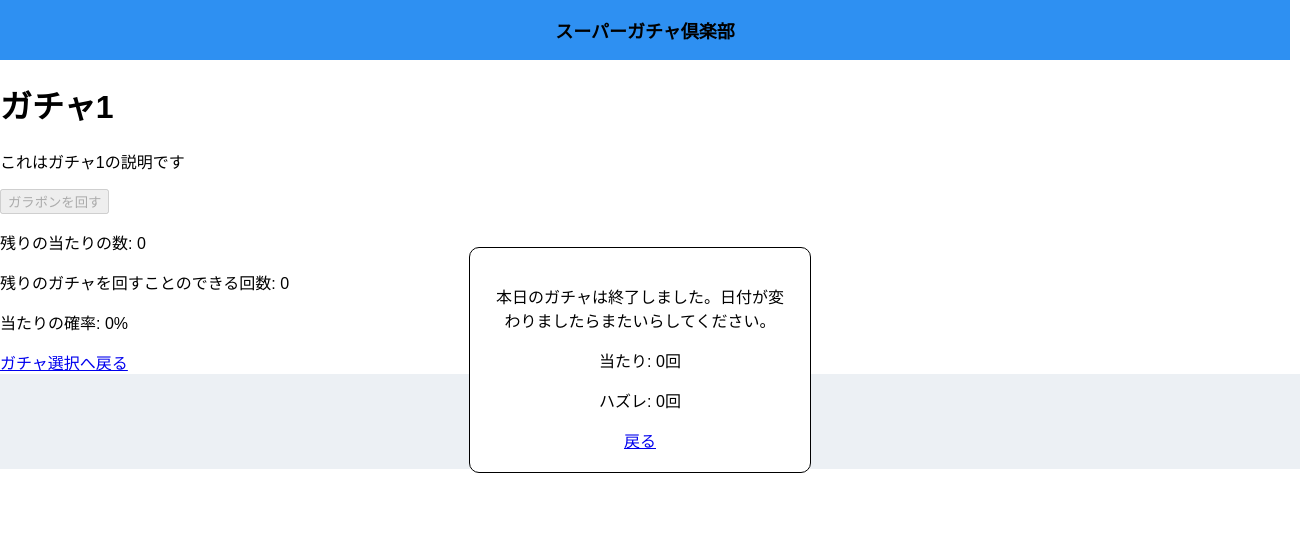
Repository: kskw0000/gggacha
Page: /gacha/1 (app in fronted/)
The author's editor kept a copy of each file at every save. The page is drawn from the files as they stood at one save, then again after the next save.
The browser window is 1280 px wide. The page is 1300 px wide, so the pictures cover 1300 px, including what lies to the right of the window. The pictures show the whole page.
The page's requests for data from a server got no answer. The project was rebuilt for these pictures with package versions that can differ from the ones it lists, and the page was loaded fresh each time. No one was signed in, and anything a server would have sent is missing. Also part of the build but not shown: fronted/src/components/pages/Admin.js, fronted/src/components/css/WinnerPage.css, fronted/src/components/pages/WinnerPage.js.

Above is the page before, as saved 2023-07-01 14:54:39.

### fronted/src/App.js
import React from 'react';
import './App.css';
import { BrowserRouter as Router, Route, Routes } from "react-router-dom";
import Header from './components/parts/Header';
import Footer from './components/parts/Footer';
import Gacha from './components/pages/Gacha';
import WinnerPage from './components/pages/WinnerPage';
import Admin from './components/pages/Admin';
import { Link } from "react-router-dom";

const GachaCard = ({ title, id }) => (
  <Link to={`/gacha/${id}`}>
    <div className="gacha-card">
      <h2>{title}</h2>
      {/* ここにガチャの画像などを追加することもできます */}
    </div>
  </Link>
);

const GachaRow = ({ title, gachas }) => (
  <div className="gacha-row">
    <h1>{title}</h1>
    <div className="gacha-row-content">
      {gachas.map((gacha, index) => (
        <GachaCard key={index} title={gacha.title} id={gacha.id} />
      ))}
    </div>
  </div>
);


function App() {
  // ここは後でAPIから取得するように変更する予定です
  const gachaData = [
    {
      rowTitle: '人気のガチャ',
      gachas: [
        { id: 1, title: 'ガチャ1' },
        { id: 2, title: 'ガチャ2' },
        // 必要なだけガチャを追加
      ],
    },
    {
      rowTitle: '新着のガチャ',
      gachas: [
        { id: 3, title: 'ガチャ3' },
        { id: 4, title: 'ガチャ4' },
        // 必要なだけガチャを追加
      ],
    },
  ];

  return (
    <Router>
      <div className="App">
        <Header />
        <Routes>
          <Route path="/" element={
            <>
              {gachaData.map((row, index) => (
                <GachaRow key={index} title={row.rowTitle} gachas={row.gachas} />
              ))}
            </>
          } />
          <Route path="/gacha/:id" element={<Gacha />} />
          <Route path="/winner" element={<WinnerPage />} />
          <Route path="/admin" element={<Admin />} />
        </Routes>
        <Footer />
      </div>
    </Router>
  );
}

export default App;

### fronted/src/App.css
.App {
  font-family: Arial, sans-serif;
  padding-top: 60px;
}



.gacha-row {
  margin-bottom: 20px;
}

.gacha-row-content {
  display: flex;
  overflow-x: scroll;
  gap: 10px;
  padding-bottom: 10px;
}

.gacha-card {
  transition: 0.3s;
  /* 他のスタイル属性をここに追加 */
  min-width: 150px;
  height: 200px;
  background-color: #eee;
  box-shadow: 0 2px 8px rgba(0, 0, 0, 0.1);
  border-radius: 5px;
  padding: 10px;
  display: flex;
  align-items: center;
  justify-content: center;
}

.gacha-card:hover {
  transform: translateY(-40px);
}

 /* ガチャ　アニメーション */
@keyframes spin {
  0% { transform: rotate(0deg); }
  100% { transform: rotate(360deg); }
}

.loading-spinner {
  border: 16px solid #f3f3f3; /* Light grey */
  border-top: 16px solid #3498db; /* Blue */
  border-radius: 50%;
  width: 120px;
  height: 120px;
  animation: spin 2s linear infinite;
}

### fronted/src/components/parts/Header.js
import React from 'react';
import '../css/Header.css';

const Header = () => {
  return (
    <header className="header">
      {/* ここにロゴやメニューリンクなどを配置します */}
      <h1>スーパーガチャ倶楽部</h1>
    </header>
  );
}

export default Header;

### fronted/src/components/parts/Footer.js
import React from 'react';
import { Link } from 'react-router-dom';
import '../css/Footer.css';
import Admin from "../pages/Admin";

const Footer = () => {
  return (
    <footer className="footer">
      {/* ここに著作権情報やリンクなどを配置します */}
      <p>&copy; 2023 ProReach. All rights reserved.</p>
      <Link to="/admin">
        <button>管理画面へ</button>
      </Link>
    </footer>
  );
}

export default Footer;

### fronted/src/components/pages/Gacha.js
import React from 'react';
import { useParams, Link } from 'react-router-dom';
import GachaMachine from "./GachaMachine";
import Admin from "./Admin";


function Gacha() {
  const { id } = useParams(); // URLパラメータからガチャのIDを取得します

  // これは仮のデータです。後でAPIからデータを取得するように変更する予定です
  const gachaData = {
    title: 'ガチャ' + id,
    description: 'これはガチャ' + id + 'の説明です',
  };

  return (
    <div>
      <h1>{gachaData.title}</h1>
      <p>{gachaData.description}</p>
      <GachaMachine />
    </div>
  );
}

export default Gacha;

### fronted/src/components/css/Header.css
.header {
    position: fixed;
    top: 0;
    height: 50px;
    padding: 5px;
    background-color: #2e90f2;
    text-align: center;
    width: 100%;
    /* 他のスタイル属性をここに追加 */
  }

  .header h1 {
    font-size: 18px;
  }

### fronted/src/components/css/Footer.css
.footer {
    padding: 10px;
    background-color: #ecf0f4;
    text-align: center;
    width: 100%;
    bottom: 0;
    /* 他のスタイル属性をここに追加 */
  }

### fronted/src/components/pages/GachaMachine.js
import React, { useState, useEffect } from 'react';
import { useSpring, animated } from 'react-spring';
import axios from 'axios';
import { Link, useNavigate } from 'react-router-dom';
import '../css/GachaMachine.css';

const GachaMachine = () => {
  const [result, setResult] = useState(null);
  const [loading, setLoading] = useState(false);
  const [availableWins, setAvailableWins] = useState(0);
  const [availableRolls, setAvailableRolls] = useState(0);
  const [winProbability, setWinProbability] = useState(0);  // 当たりの確率
  const navigate = useNavigate();

  const { transform } = useSpring({
    loop: loading,
    from: { transform: 'rotate(0deg)' },
    to: { transform: 'rotate(360deg)' },
    config: { duration: 2000 },
  });

  const fadeIn = useSpring({
    opacity: result ? 1 : 0,
    config: { duration: 1000 },
  });

  const handleGacha = async () => {
    setResult(null);
    setLoading(true);
    try {
      const response = await axios.get('/gacha');
      const { isWin, winCode, availableWins, availableRolls } = response.data;
      setResult(isWin ? "当たり！赤い玉が出ました！" : "ハズレ...白い玉が出ました");
      setAvailableWins(availableWins);
      setAvailableRolls(availableRolls);
      if (isWin) {
        localStorage.setItem('winCode', winCode);
        navigate('/winner');
      }
    } catch (error) {
      console.error('Error during the gacha roll:', error);
      setResult('An error occurred.');
    }
    setLoading(false);
  };

  const getGachaInfo = async () => {
    try {
      const response = await axios.get('/gacha/info');
      const { availableWins, availableRolls, winProbability } = response.data;
      setAvailableWins(availableWins);
      setAvailableRolls(availableRolls);
      setWinProbability(winProbability);  // 当たりの確率を設定
    } catch (error) {
      console.error('Error during the get gacha info:', error);
    }
  };

  useEffect(() => {
    getGachaInfo();
  }, []);

  return (
    <div>
      <button onClick={handleGacha} disabled={loading || availableWins === 0 || availableRolls === 0}>
        {loading ? 'Rolling...' : 'ガラポンを回す'}
      </button>
      <animated.div style={transform}>
        {/* ここにガチャマシンの画像を表示するコード */}
      </animated.div>
      <p>残りの当たりの数: {availableWins}</p>
      <p>残りのガチャを回すことのできる回数: {availableRolls}</p>
      <p>当たりの確率: {winProbability}%</p>  {/* 当たりの確率を表示 */}
      <animated.div style={fadeIn}>
        {result && <p>{result}</p>}
      </animated.div>
      <Link to="/">ガチャ選択へ戻る</Link>
      {(availableWins === 0 || availableRolls === 0) &&
        <div className="popup">
          <p>本日のガチャは終了しました。日付が変わりましたらまたいらしてください。</p>
          <p>当たり: {availableWins}回</p>
          <p>ハズレ: {availableRolls}回</p>
          <Link to="/">戻る</Link>
        </div>
      }
    </div>
  );
};

export default GachaMachine;

### fronted/src/components/css/GachaMachine.css
.popup {
  position: fixed;
  top: 50%;
  left: 50%;
  transform: translate(-50%, -50%);
  width: 80%;
  max-width: 300px;
  padding: 20px;
  background: white;
  border: 1px solid black;
  border-radius: 10px;
  text-align: center;
  z-index: 1000; /* 他の要素より前面に表示 */
}

Loaded but not shown: fronted/public/index.html (common file); fronted/src/index.js (common file); fronted/src/index.css (common file); fronted/src/reportWebVitals.js (common file)

After the next save:
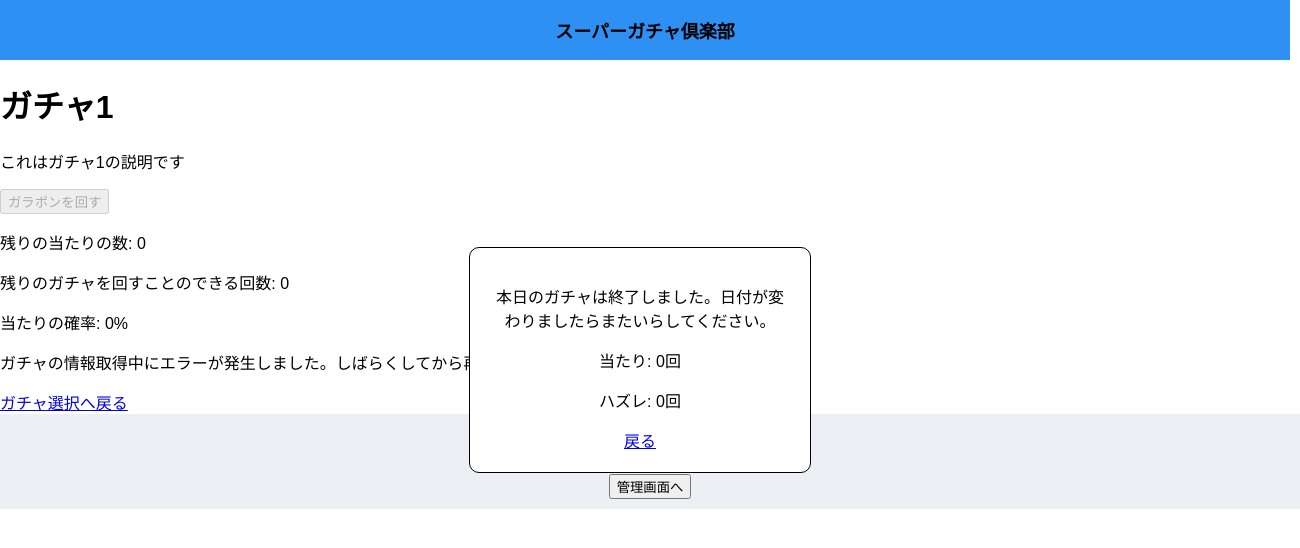
Saved 1 s later.
--- a/fronted/src/components/pages/GachaMachine.js
+++ b/fronted/src/components/pages/GachaMachine.js
@@ -6,10 +6,11 @@ import '../css/GachaMachine.css';
 
 const GachaMachine = () => {
   const [result, setResult] = useState(null);
+  const [error, setError] = useState(null);  // エラーメッセージのstateを追加
   const [loading, setLoading] = useState(false);
   const [availableWins, setAvailableWins] = useState(0);
   const [availableRolls, setAvailableRolls] = useState(0);
-  const [winProbability, setWinProbability] = useState(0);  // 当たりの確率
+  const [winProbability, setWinProbability] = useState(0);
   const navigate = useNavigate();
 
   const { transform } = useSpring({
@@ -26,6 +27,7 @@ const GachaMachine = () => {
 
   const handleGacha = async () => {
     setResult(null);
+    setError(null);  // ガチャを回すたびにエラーメッセージをクリア
     setLoading(true);
     try {
       const response = await axios.get('/gacha');
@@ -39,7 +41,7 @@ const GachaMachine = () => {
       }
     } catch (error) {
       console.error('Error during the gacha roll:', error);
-      setResult('An error occurred.');
+      setError('ガチャの抽選中にエラーが発生しました。しばらくしてから再度試してください。');
     }
     setLoading(false);
   };
@@ -50,9 +52,10 @@ const GachaMachine = () => {
       const { availableWins, availableRolls, winProbability } = response.data;
       setAvailableWins(availableWins);
       setAvailableRolls(availableRolls);
-      setWinProbability(winProbability);  // 当たりの確率を設定
+      setWinProbability(winProbability);
     } catch (error) {
       console.error('Error during the get gacha info:', error);
+      setError('ガチャの情報取得中にエラーが発生しました。しばらくしてから再度試してください。');
     }
   };
 
@@ -70,7 +73,8 @@ const GachaMachine = () => {
       </animated.div>
       <p>残りの当たりの数: {availableWins}</p>
       <p>残りのガチャを回すことのできる回数: {availableRolls}</p>
-      <p>当たりの確率: {winProbability}%</p>  {/* 当たりの確率を表示 */}
+      <p>当たりの確率: {winProbability}%</p>
+      {error && <p className="error">{error}</p>}  {/* エラーメッセージを表示 */}
       <animated.div style={fadeIn}>
         {result && <p>{result}</p>}
       </animated.div>
